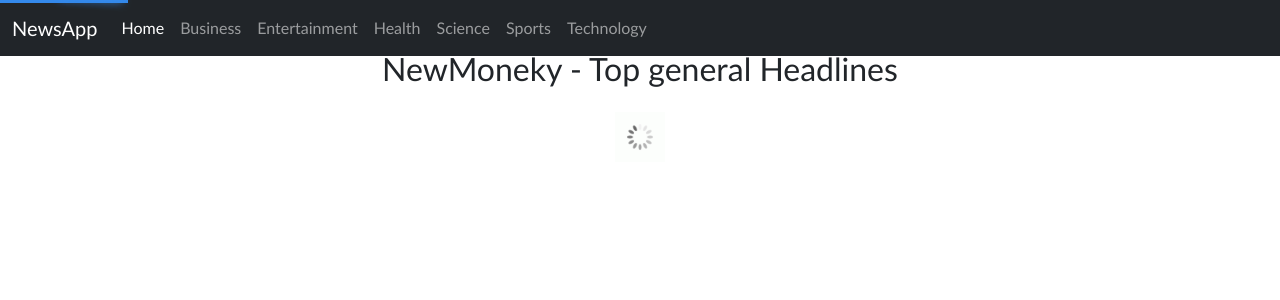
Repository: DipeshRaval/NewsApp-react
Page: /
The author's editor kept a copy of each file at every save. The page is drawn from the files as they stood at one save, then again after the next save.
The browser window is 1280 px wide. The pictures show the whole page.
The page's requests for data from a server got no answer. The project was rebuilt for these pictures with package versions that can differ from the ones it lists, and the page was loaded fresh each time. No one was signed in, and anything a server would have sent is missing. Also part of the build but not shown: src/Components/NewsItem.js.

Above is the page before, as saved 2023-01-28 03:46:27.

After the next save:
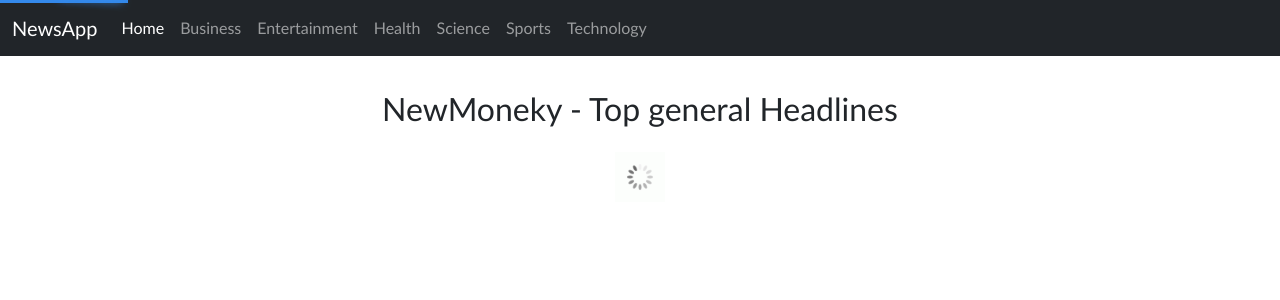
Saved 8 s later.
--- a/src/Components/News.js
+++ b/src/Components/News.js
@@ -74,7 +74,7 @@ export class News extends Component {
   render() {
     return (
       <>
-        <h2 className="text-center" style={{marginTop : "50px"}}>
+        <h2 className="text-center" style={{marginTop : "90px"}}>
           NewMoneky - Top {this.props.category} Headlines
         </h2>
 
